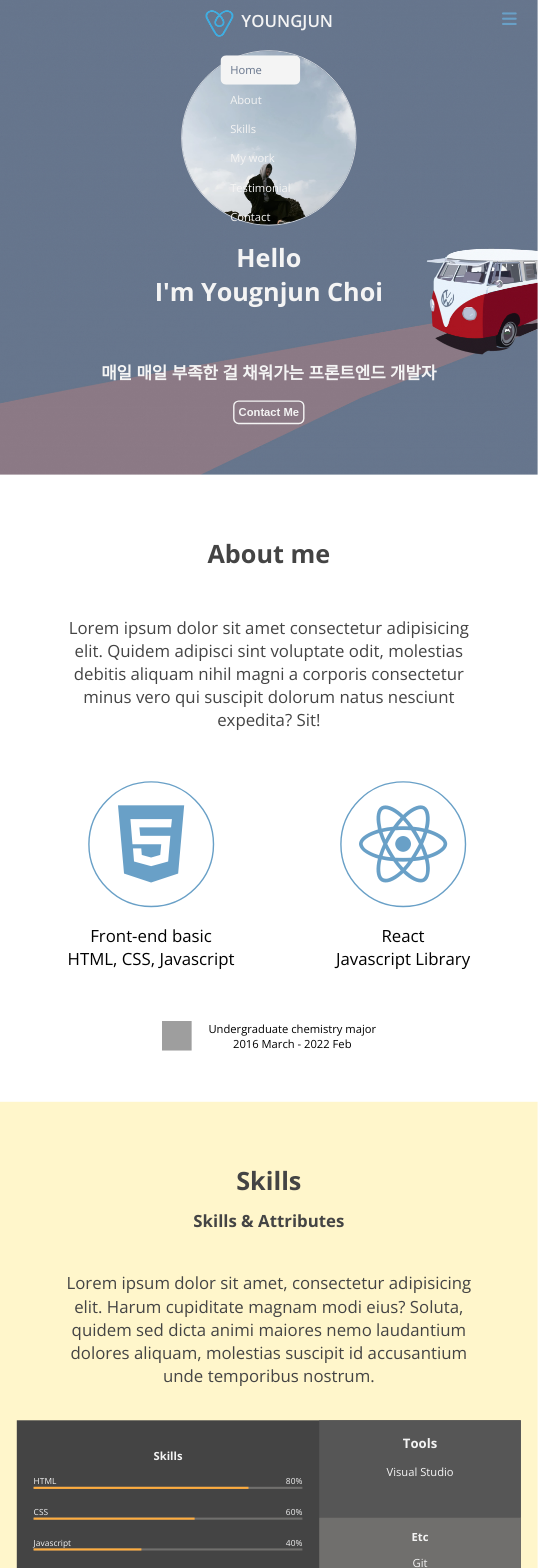
Repository: choi2021/portfolio-vanillaJS
Page: index.html
An editor plug-in stored every save of this project. The page is shown before and after the next save, followed by the edit.
The browser window is 768 px wide. The pictures show the part of the page from y = 0 to 2240 px (the page is 5112 px tall), at 70% of full size.
Pictures or frames that could not be fetched are drawn as grey boxes. Some web libraries are served in a nearby version.

Above is the page before, as saved 2022-01-08 15:07:21.

### index.html
<!DOCTYPE html>
<html lang="en">

<head>
  <meta charset="UTF-8">
  <meta http-equiv="X-UA-Compatible" content="IE=edge">
  <meta name="viewport" content="width=device-width, initial-scale=1.0">
  <title>Youngjun's Portfolio</title>
  <meta name="description" content="Front-end developer Youngjun">
  <meta name="author" content="Youngjun ">
  <link rel="icon" href="public/favicon.png" type="public/png">
  <link rel="stylesheet" href="style.css">
  <script src="main.js" defer></script>
  <script src="https://kit.fontawesome.com/a6a726722e.js" crossorigin="anonymous"></script>
  <link href="https://fonts.googleapis.com/css2?family=Open+Sans:wght@400;600;700&display=swap" rel="stylesheet">
</head>

<body>
  <!-- Navbar -->
  <nav class="navbar">
    <div class="navbar__logo">
      <img src="public/favicon.png" alt="logo">
      <a href="#">YOUNGJUN</a>
    </div>
    <ul class="navbar__menu">
      <li class="navbar__menu__item active">Home</li>
      <li class="navbar__menu__item">About</li>
      <li class="navbar__menu__item">Skills</li>
      <li class="navbar__menu__item">My work</li>
      <li class="navbar__menu__item">Testimonial</li>
      <li class="navbar__menu__item">Contact</li>
    </ul>
    <button class="navbar__toggleBtn">
      <i class="fas fa-bars"></i>
    </button>
  </nav>
  <!-- Home -->
  <section class="home">
    <img class="home__avatar" src="public/profile.jpg" alt="home-img">
    <h1 class="title">Hello <br> I'm Yougnjun Choi</h1>
    <h3 class="description">매일 매일 부족한 걸 채워가는 프론트엔드 개발자</h3>
    <button class="home__contact">contact me</button>
  </section>
  <!-- About -->
  <section class="about section">
    <div class="section__container">
      <h1 class="title">About me</h1>
      <p class="description">Lorem ipsum dolor sit amet consectetur adipisicing elit. Quidem adipisci sint voluptate
        odit, molestias debitis aliquam nihil magni a corporis consectetur minus vero qui suscipit dolorum natus
        nesciunt
        expedita? Sit!</p>
      <ul class="about__stacks">
        <li class="stack">
          <div class="stack__icon">
            <i class="fab fa-html5"></i>
          </div>
          <div class="stack__title">Front-end basic</div>
          <div class="stack__description">HTML, CSS, Javascript</div>
        </li>
        <li class="stack">
          <div class="stack__icon">
            <i class="fab fa-react"></i>
          </div>
          <div class="stack__title">React</div>
          <div class="stack__description">Javascript Library</div>
        </li>
      </ul>
      <div class="about__experience">
        <img src="public/gist_logo.jpg" alt="">
        <div class="experience__description">
          <div class="experience__name">Undergraduate chemistry major</div>
          <div class="experience__term">2016 March - 2022 Feb</div>
        </div>
      </div>
    </div>
  </section>
  <!-- Skills -->
  <section class="skills section">
    <div class="section__container">
      <h1 class="title">Skills</h1>
      <h2 class="sub_title">Skills & Attributes</h2>
      <p class="description">Lorem ipsum dolor sit amet, consectetur adipisicing elit. Harum cupiditate magnam modi
        eius? Soluta,
        quidem sed dicta animi maiores nemo laudantium dolores aliquam, molestias suscipit id accusantium unde
        temporibus
        nostrum.</p>
      <div class="skillset">
        <div class="skillset__left">
          <h3 class="skillset__title">Skills</h3>
          <div class="skill">
            <div class="skill__description">
              <span class="description__name">HTML</span>
              <span class="description__figure">80%</span>
            </div>
            <div class="skill__bar">
              <div class="skill__value" style="width: 80%"></div>
            </div>
          </div>
          <div class="skill">
            <div class="skill__description">
              <span class="description__name">CSS</span>
              <span class="description__figure">60%</span>
            </div>
            <div class="skill__bar">
              <div class="skill__value" style="width: 60%"></div>
            </div>
          </div>
          <div class="skill">
            <div class="skill__description">
              <span class="description__name">Javascript</span>
              <span class="description__figure">40%</span>
            </div>
            <div class="skill__bar">
              <div class="skill__value" style="width: 40%"></div>
            </div>
          </div>
          <div class="skill">
            <div class="skill__description">
              <span class="description__name">React</span>
              <span class="description__figure">10%</span>
            </div>
            <div class="skill__bar">
              <div class="skill__value" style="width:10%"></div>
            </div>
          </div>
        </div>
        <div class="skillset__right">
          <section class="tools">
            <h3 class="tools__title">Tools</h3>
            <ul class="tools__list">
              <li>
                <span>Visual Studio</span>
              </li>
            </ul>
          </section>
          <section class="etc">
            <h3 class="skillset__title">Etc</h3>
            <ul class="etc__list">
              <li>
                <span>Git</span>
              </li>
            </ul>
          </section>
        </div>
      </div>
    </div>
  </section>
  <section class="work section">
    <div class="section__container">
      <h1 class="title">My Work</h1>
      <h2 class="description">Projects</h2>
      <div class="work__categories">
        <button class="category__btn active">
          All
          <span class="category__count">8</span>
        </button>
        <button class="category__btn">HTML+CSS<span class="category__count">3</span></button>
        <button class="category__btn">HTML+CSS+Javascript<span class="category__count">3</span></button>
        <button class="category__btn">React<span class="category__count">2</span></button>
      </div>
      <div class="work__projects">
        <a href="#" class="project">
          <img src="public/background.jpg" alt="">
          <div class="project__description">
            <h3>Youtube UI</h3>
            <span>Clone coding with HTML and CSS</span>
          </div>
        </a>
        <a href="#" class="project">
          <img src="public/background.jpg" alt="">
          <div class="project__description">
            <h3>Youtube UI</h3>
            <span>Clone coding with HTML and CSS</span>
          </div>
        </a>
        <a href="#" class="project">
          <img src="public/background.jpg" alt="">
          <div class="project__description">
            <h3>Youtube UI</h3>
            <span>Clone coding with HTML and CSS</span>
          </div>
        </a>
        <a href="#" class="project">
          <img src="public/background.jpg" alt="">
          <div class="project__description">
            <h3>Youtube UI</h3>
            <span>Clone coding with HTML and CSS</span>
          </div>
        </a>
        <a href="#" class="project">
          <img src="public/background.jpg" alt="">
          <div class="project__description">
            <h3>Youtube UI</h3>
            <span>Clone coding with HTML and CSS</span>
          </div>
        </a>
        <a href="#" class="project">
          <img src="public/background.jpg" alt="">
          <div class="project__description">
            <h3>Youtube UI</h3>
            <span>Clone coding with HTML and CSS</span>
          </div>
        </a>
        <a href="#" class="project">
          <img src="public/background.jpg" alt="">
          <div class="project__description">
            <h3>Youtube UI</h3>
            <span>Clone coding with HTML and CSS</span>
          </div>
        </a>
        <a href="#" class="project">
          <img src="public/background.jpg" alt="">
          <div class="project__description">
            <h3>Youtube UI</h3>
            <span>Clone coding with HTML and CSS</span>
          </div>
        </a>
      </div>
    </div>
  </section>
  <section class="testimonials section">
    <div class="section__container">
      <h1 class="title">Testimonials</h1>
      <h2 class="description">See what they say about me</h2>
      <div class="testimonialset">
        <div class="testimonial">
          <img class="testimonial__avatar" src="public/background2.jpg" alt="">
          <div class="testimonial__speech-bubble">
            <span>Lorem ipsum dolor sit amet consectetur adipisicing elit. Minus tenetur in minima voluptatum! Accusamus
              suscipit laborum corrupti quidem fuga ratione doloremque. Fugiat porro sapiente sed suscipit delectus
              animi
              harum officia!</span>
            <div class="name-and-company">
              <span class="name"><a href="#"> Ellie</a></span>
              <span class="companay">TigerSpike</span>
            </div>
          </div>
        </div>
        <div class="testimonial">
          <div class="section__container"></div>
          <div class="testimonial__speech-bubble">
            <span>Lorem ipsum dolor sit amet consectetur adipisicing elit. Minus tenetur in minima voluptatum! Accusamus
              suscipit laborum corrupti quidem fuga ratione doloremque. Fugiat porro sapiente sed suscipit delectus
              animi
              harum officia!</span>
            <div class="name-and-company">
              <span class="name"><a href="#"> Ellie</a></span>
              <span class="companay">TigerSpike</span>
            </div>
          </div>
          <img class="testimonial__avatar" src="public/background2.jpg" alt="">
        </div>
      </div>
    </div>

  </section>
  <section class="contact section">
    <h1 class="title">Let's Talk</h1>
    <h2 class="contact__email">juni2004c@gmail.com</h2>
    <div class="contact__links">
      <a href="#">
        <i class="fab fa-github"></i>
      </a>
    </div>
    <p class="contact__rights">2022 Youngjun Choi- All rights reserved</p>
  </section>
</body>

</html>

### style.css
:root {
  /* color */
  --white-color: #f4f4f4;
  --blue-color: #69a0c7;
  --light-yellow-color: #fff6cb;
  --deep-yellow-color: #feac3e;
  --pink-color: #fd8682;
  --black-color: #444444;
  --dark-gray-color: #565656;
  --dim-gray-color: #706f6d;
  --light-gray-color: #d1d1d1;
  --dark-red-color: #8c7a86;
  --dark-blue-color: #67758c;

  /* Space */
  --base-space: 36px;

  /* Font weight */
  --weight-bold: 700;
  --weight-semi-bold: 600;
  --weight-regular: 400;

  /* Font-size */
  --font-large: 48px;
  --font-medium: 28px;
  --font-regular: 18px;
  --font-small: 16px;

  /* size */
  --count-size: 32px;
  --border-size: 8px;
  --logo-size: 43px;
  --avatar-size: 350px;
  --stack-size: 180px;
  --project-width: 280px;
  --project-height: 250px;
  --testimonial-size: 250px;
}

/* Universal tags */
* {
  box-sizing: border-box;
}

h1 {
  font-size: var(--font-large);
  font-weight: var(--weight-bold);
  color: var(--black-color);
  margin: 16px 0px;
}

h2 {
  font-size: var(--font-medium);
  font-weight: var(--weight-semi-bold);
  color: var(--black-color);
  margin: 8px 0px;
}

body {
  margin: 0;
  font-family: "Open Sans", sans-serif;
}

ul {
  list-style: none;
  padding-left: 0;
}

a {
  text-decoration: none;
  color: var(--black-color);
}

button {
  border: none;
  outline: none;
  background-color: transparent;
  cursor: pointer;
}

/* navbar */

.navbar {
  display: flex;
  justify-content: space-between;
  align-items: center;
  background-color: transparent;
  font-size: var(--font-medium);
  position: fixed;
  top: 0;
  width: 100%;
  padding: 12px var(--base-space);
}

.navbar.withBGColor {
  background-color: var(--dark-blue-color);
}

.navbar__logo {
  display: flex;
}

.navbar__logo img {
  width: var(--logo-size);
  height: var(--logo-size);
  margin-right: calc(0.4 * var(--base-space));
}

.navbar__logo a {
  font-size: var(--font-medium);
  font-weight: var(--weight-semi-bold);
  color: var(--white-color);
}

.navbar__menu {
  display: flex;
  padding-left: 0;
}

.navbar__menu__item {
  padding: 8px 12px;
  font-size: var(--font-regular);
  cursor: pointer;
  border: 2px transparent solid;
  border-radius: var(--border-size);
  color: var(--white-color);
  margin-right: var(--base-space);
}

.navbar__menu__item:hover {
  border: 2px white solid;
}

.navbar__menu__item.active {
  background-color: var(--white-color);
  color: var(--dark-blue-color);
}

.navbar__toggleBtn {
  display: none;
  position: absolute;
  top: 12px;
  right: 24px;
  font-size: var(--font-medium);
  color: var(--blue-color);
}

/* Home */

.home {
  padding: calc(3 * var(--base-space)) var(--base-space);
  background: url(./public/background.jpg) no-repeat center/cover;
  text-align: center;
}

.home__avatar {
  width: var(--avatar-size);
  height: var(--avatar-size);
  border-radius: 50%;
  border: 1px white solid;
}

.home .title {
  font-size: var(--font-large);
  font-weight: var(--weight-bold);
  text-align: center;
  color: var(--white-color);
}

.home .description {
  padding-top: calc(2 * var(--base-space));
  font-size: var(--font-medium);
  color: var(--white-color);
}

.home__contact {
  font-size: var(--font-regular);
  font-weight: var(--weight-bold);
  color: var(--white-color);
  text-transform: capitalize;
  padding: calc(0.25 * var(--base-space));
  border: solid var(--white-color) 2px;
  border-radius: var(--border-size);
}

.home__contact:hover {
  background-color: var(--white-color);
  color: var(--dark-blue-color);
}

.section {
  padding: calc(3 * var(--base-space)) var(--base-space);
  text-align: center;
}

.section__container {
  max-width: 1200px;
  margin: auto;
}

.about .description {
  width: 85%;
  margin: auto;
  padding-top: calc(2 * var(--base-space));
  font-size: var(--font-medium);
  text-align: center;
  color: var(--black-color);
  margin-bottom: calc(2 * var(--base-space));
}

.about__stacks {
  display: flex;
  justify-content: space-around;
  padding-left: 0;
  margin: calc(3 * var(--base-space)) 0;
}

.stack {
  font-size: var(--font-medium);
  display: flex;
  flex-direction: column;
  align-items: center;
  text-align: center;
}

.stack__icon {
  font-size: calc(0.7 * var(--stack-size));
  width: var(--stack-size);
  height: var(--stack-size);
  display: flex;
  justify-content: center;
  align-items: center;
  color: var(--blue-color);
  border: 2px solid var(--blue-color);
  border-radius: 50%;
  margin-bottom: var(--base-space);
  transition: transform 300ms ease-in;
}

.stack__icon:hover {
  transform: rotate(45deg);
  color: var(--dark-blue-color);
  border: 2px solid var(--dark-blue-color);
}

.about__experience {
  display: flex;
  justify-content: center;
  width: 50%;
  margin: auto;
}

.about__experience img {
  width: var(--logo-size);
  height: var(--logo-size);
  margin-right: var(--base-space);
}

.skills {
  background-color: var(--light-yellow-color);
}

.skills .sub_title {
  font-size: var(--font-medium);
  font-weight: var(--weight-bold);
  text-align: center;
  color: var(--black-color);
}

.skills .description {
  width: 85%;
  margin: auto;
  padding-top: calc(2 * var(--base-space));
  font-size: var(--font-medium);
  text-align: center;
  color: var(--black-color);
  margin-bottom: calc(2 * var(--base-space));
}

.skillset {
  display: flex;
  background-color: var(--black-color);
}

.skillset__left {
  flex-basis: 60%;
  display: flex;
  color: var(--white-color);
  flex-direction: column;
  align-items: center;
  padding: var(--base-space);
}

.skillset__title {
  font-size: var(--font-regular);
}

.skill {
  width: 100%;
  margin-bottom: var(--base-space);
}

.skill__description {
  width: 100%;
  font-size: var(--font-small);
  display: flex;
  justify-content: space-between;
}

.skill__bar {
  height: 3px;
  background-color: var(--dim-gray-color);
}

.skill__value {
  height: 3px;
  background-color: var(--deep-yellow-color);
}

.skillset__right {
  flex-basis: 40%;
  display: flex;
  flex-direction: column;
  margin: 0;
  text-align: center;
}

.tools {
  background-color: var(--dark-gray-color);
  width: 100%;
  height: 50%;
  color: var(--white-color);
}

.etc {
  background-color: var(--dim-gray-color);
  padding-left: 0;
  height: 50%;
  color: var(--white-color);
}

.tools__list,
.etc__list {
  padding-left: 0;
}

.work .description {
  width: 85%;
  margin: auto;
  padding-top: calc(2 * var(--base-space));
  color: var(--black-color);
  margin-bottom: calc(2 * var(--base-space));
}

.work__categories {
  margin-bottom: var(--base-space);
}

.category__btn {
  font-size: var(--font-regular);
  padding: 8px 12px;
  border: 1px solid var(--dim-gray-color);
  border-radius: var(--border-size);
}

.category__btn.active {
  color: var(--white-color);
  background-color: var(--dark-blue-color);
}

.category__count {
  display: inline-block;
  font-size: var(--font-regular);
  border-radius: 50%;
  width: var(--count-size);
  height: var(--count-size);
  line-height: 32px;
  background-color: var(--deep-yellow-color);
  margin-left: 8px;
  position: relative;
  top: -40px;
  left: 4px;
  opacity: 0;
  transition: all 300ms ease-in;
}
.category__btn.active .category__count,
.category__btn:hover .category__count {
  opacity: 1;
  top: 0;
  left: 0;
}

.work__projects {
  display: flex;
  justify-content: center;
  flex-wrap: wrap;
  width: 100%;
}

.project {
  position: relative;
  width: var(--project-width);
  height: var(--project-height);
  margin-right: calc(0.5 * var(--base-space));
  margin-bottom: calc(0.5 * var(--base-space));
}

.project img {
  width: 100%;
  height: 100%;
}

.project__description {
  background-color: var(--light-yellow-color);
  position: absolute;
  top: 0;
  left: 0;
  width: 100%;
  height: 100%;
  display: flex;
  flex-direction: column;
  justify-content: center;
  opacity: 0;
  transform: translate(0, 10px);
  transition: all 300ms ease-in-out;
}

.project__description:hover {
  opacity: 0.9;
  transform: translate(0, 0);
}

.project__description h3::after {
  display: block;
  margin: auto;
  content: "";
  width: 125px;
  height: 2px;
  background-color: var(--dim-gray-color);
}

.project__description span {
  font-size: var(--font-small);
}

/* Testimonial */

.testimonials {
  background-color: var(--light-gray-color);
}

.testimonials .description {
  max-width: 1200px;
  padding-top: calc(var(--base-space));
  font-size: var(--font-medium);
  color: var(--black-color);
  margin-bottom: calc(2 * var(--base-space));
}

.testimonialset {
  display: flex;
  flex-direction: column;
}

.testimonial {
  display: flex;
  margin-bottom: var(--base-space);
}

.testimonial__avatar:nth-child(odd) {
  margin-right: 24px;
}

.testimonial__avatar :nth-child(even) {
  margin-left: 24px;
}

.testimonial__avatar {
  width: var(--testimonial-size);
  height: var(--testimonial-size);
}

.testimonial__speech-bubble {
  background-color: var(--white-color);
  padding: var(--base-space);
  font-size: var(--font-regular);
  text-align: center;
}

.testimonial__speech-bubble .name-and-company {
  margin-top: var(--base-space);
}

.testimonial__speech-bubble .name {
  font-weight: var(--weight-bold);
}

/* contact */
.contact {
  background-color: var(--dark-blue-color);
}

.contact .title,
.contact__email,
.contact__rights {
  color: var(--white-color);
}

.contact .title {
  font-size: var(--font-large);
}

.contact__email {
  font-size: var(--font-medium);
}

.contact__links {
  color: var(--white-color);
}

.contact__links a {
  font-size: var(--logo-size);
  color: var(--white-color);
}

.contact__links a i {
  transition: transform 300ms ease-in-out;
}

.contact__links a i:hover {
  transform: scale(1.1);
}

.contact__rights {
  font-size: var(--font-regular);
}

@media screen and (max-width: 768px) {
  :root {
    /* Space */
    --base-space: 24px;

    /* Font weight */
    --weight-bold: 700;
    --weight-semi-bold: 600;
    --weight-regular: 400;

    /* Font-size */
    --font-large: 36px;
    --font-medium: 24px;
    --font-regular: 16px;
    --font-small: 12px;

    /* size */
    --count-size: 32px;
    --border-size: 8px;
    --logo-size: 43px;
    --avatar-size: 250px;
    --stack-size: 180px;
    --project-width: 280px;
    --project-height: 250px;
    --testimonial-size: 250px;
  }
  .navbar {
    flex-direction: column;
  }

  .navbar__menu {
    flex-direction: column;
  }

  .navbar__toggleBtn {
    display: block;
    position: absolute;
    cursor: pointer;
  }
}

### main.js
// navbar background color
const navbar = document.querySelector(".navbar");
const navbarInfo = navbar.getBoundingClientRect();
console.log(navbarInfo.height);

document.addEventListener("scroll", (e) => {
  const positionY = window.scrollY;
  if (positionY > navbarInfo.height) {
    navbar.classList.add("withBGColor");
  } else {
    navbar.classList.remove("withBGColor");
  }
});

After the next save:
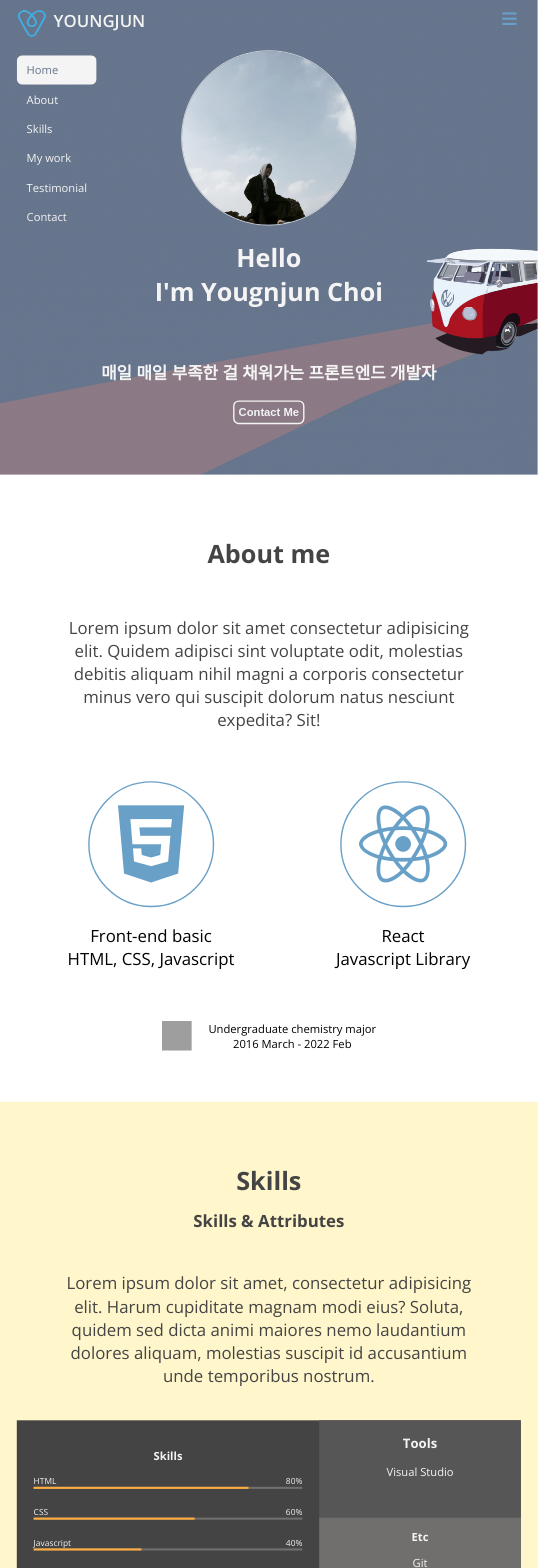
Saved 14 s later.
--- a/style.css
+++ b/style.css
@@ -563,6 +563,7 @@ button {
   }
   .navbar {
     flex-direction: column;
+    align-items: flex-start;
   }
 
   .navbar__menu {
